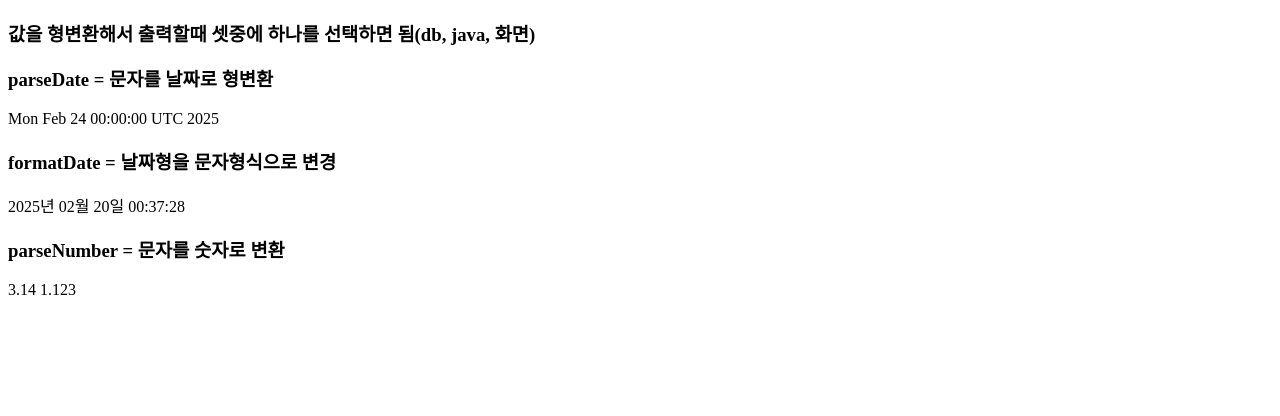
Repository: Muji1412/JSPstudy
Page: http://localhost/JSPbasic/jstl/jstl_fmt.jsp
The author's editor kept a copy of each file at every save. The page is drawn from the files as they stood at one save, then again after the next save.
The browser window is 1280 px wide. The pictures show the whole page.
The page is served by Tomcat 9. Nobody is signed in. The application's start-up code is not run.

Above is the page before, as saved 2025-02-24 05:13:10.

After the next save:
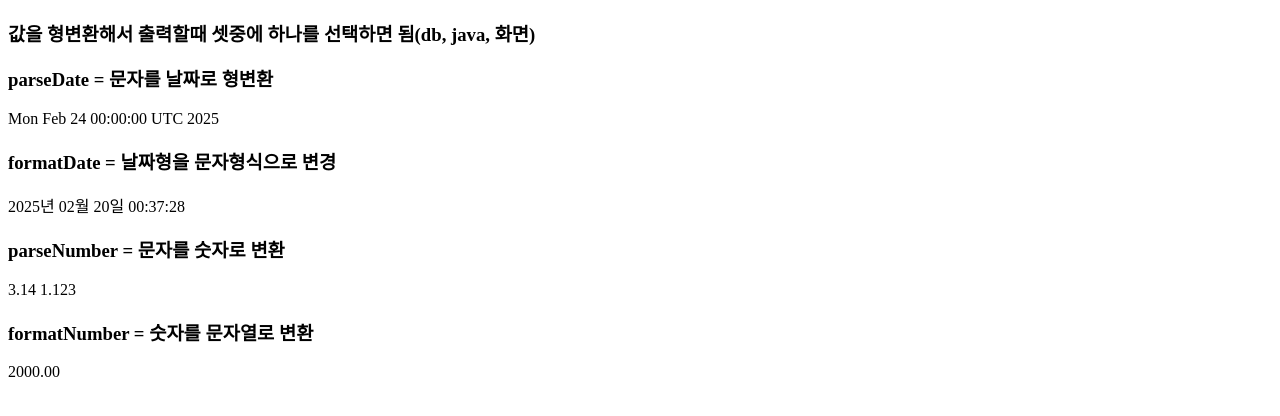
Saved 2 min 38 s later.
--- a/workspace/JSPbasic/src/main/webapp/jstl/jstl_fmt.jsp
+++ b/workspace/JSPbasic/src/main/webapp/jstl/jstl_fmt.jsp
@@ -28,6 +28,9 @@
 	<fmt:parseNumber value = "$3.14" pattern="$0.00"></fmt:parseNumber>
 	<fmt:parseNumber value = "1.123abc" type="number"></fmt:parseNumber>
 
+	<h3>formatNumber = 숫자를 문자열로 변환</h3>
+	<fmt:formatNumber value = "2000" pattern = "0000.00"></fmt:formatNumber>
+
 
 </body>
 </html>
